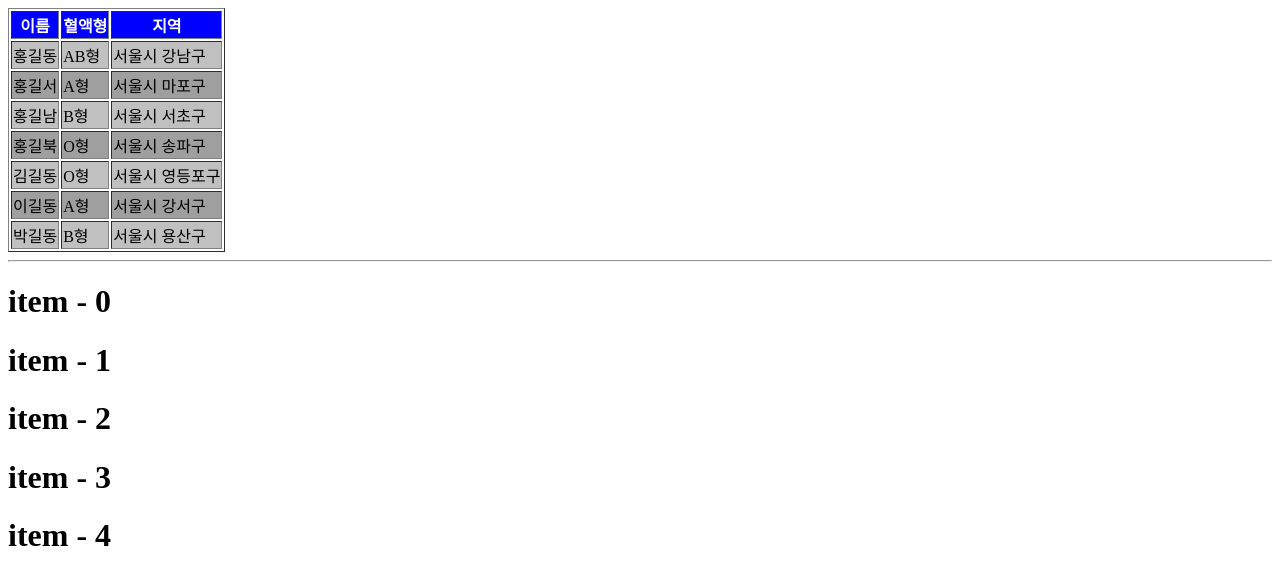
Repository: chlguswns1/web-practice
Page: jQuery/src/main/webapp/01_jQueryBasic.html
An editor plug-in stored every save of this project. The page is shown before and after the next save, followed by the edit.
The browser window is 1280 px wide. The pictures show the whole page.

Above is the page before, as saved 2023-03-09 01:55:57.

### jQuery/src/main/webapp/01_jQueryBasic.html
<!-- jQuery 기본
	1. jQuery 개요
		- 모든 브라우저에서 동작하는 클라이언트 자바스크립트 라이브러리.
		- 다음의 기능을 위해 제작
			. DOM과 관련된 처리를 쉽게 구현
			. 일관된 이벤트 연결을 쉽게 구현
			. 시각적 효과를 쉽게 구현
			. ajax 애플리케이션을 쉽게 구현

		- http://jquery.com
		- jQuery 사용 방법
			1) 직접 다운받아 사용하는 방법.
			2) CDN 호스트 사용하는 방법.
				 . Content Delivery Network
				 . 사용자에게 간편하게 콘텐츠를 제공하는 방식을 의미.
				 . 구글, 마이크로소프트, jQuery측에서 사용자가 jQuery를 사용하기 편하게 콘텐츠를 제공.
-->

<!DOCTYPE html>
<html>
<head>
<meta charset="UTF-8">
<title>jQuery 태그 구조</title>

<!-- 9. jQuery를 사용한 배열 관리(2)를 위한 예제 -->
<style type="text/css">
	.high-light { background:yellow; }
	.high-light-0 { background:yellow; }
	.high-light-1 { background:orange; }
	.high-light-2 { background:blue; }
	.high-light-3 { background:green; }
	.high-light-4 { background:red; }
</style>

<!-- 방법1. 직접 다운로드 -->
<script src="./js/jquery-3.6.3.min.js"></script><!-- 이렇게 하는순간 이코드에 포함된거다 -->

<!-- 방법2.CDN 방식 -->
<script src="https://ajax.googleapis.com/ajax/libs/jquery/1.12.4/jquery.min.js"></script>

<script type="text/javascript">
/* 1. 라이브러리 포함 방법 : 2가지 방식 */
//- 방법1 방법2 참조

/* 2. jQuery를 사용한 웹 페이지 형식
//	-jQuery() //jQuery함수를 호출했을때 객체를 반환해준다
//	-$(document).ready(function(){});<-이거//바디영역을 전부읽어 갔을때 jQuery가 감시하고있다 읽어간순간
							      //입력으로 전달하는 함수를 실행함
//		.문서가 준비 완료되면매개변수로전달된 함수를 실행하라는 의미.
//		.$(function(){});//간단한 형식 정의 위와 같은 코드지만 융통성있는 코드로 짧게줄일수있다
	$(document).ready(function(){//onload와(차이점) 다르게 여러개 사용할 수 있다
		alert('First Ready');
	});

	$(document).ready(function(){
		alert('Second Ready');
	});

	$(document).ready(function(){
		alert('Thirth Ready');
	});
*/
/* 3. jQuery 기본 선택자
// - jQuery 메서드의 가장 기본적인 형태
//   . 문서 객체를 다룰 때 사용하는 형태
//   . jQuery에서 가장 많이 사용하는 형태

$(document).ready(function(){
// 1) 전체 선택자(*)
	//$('*').css('color','red');//전체선택자



// 2) 태그 선택자

	//한 개 태그 선택

	//h1을 선택.css()메소드정의
	//$('h1').css('color','orange');

	//두 개 이상의 태그 선택
	//$('h1, p').css('color','blue');

// 3) 아이디 선택자
	//$('#target').css('color','blue')

// 4) 클래스 선택자
	//$('.item').css('color','yellow');
	$('h1.item').css('color','yellow');//가독성있는 접근법 h1에있는 아이템들

	$('.item.select').css('color','green');//주의) 접근해 갈때는 빈스페이스가 생기지 않도록 주의.

});
*/

/* 4. jQuery 자식(손)선택자와 후손 선택자
	//$(document).ready(function(){}); ↓밑에처럼 줄일수 있다
	$(function(){

	// - 자식(손) 선택자 - 자식은 div가 사실상 지정된것이다
	$('body > *').css('color','red')//자식에있는 모든것을 선택하겠다

// - 후손 선택자 - 후손은 div를 포함안 안에있는 모든것들이 태그된것이다
	$('body *').css('color','blue')//후손선택자의 경우는 스페이스

	});
*/

/* 5. jQuery 속성 선택자
//- 기본 선택자 뒤에 붙여 사용.
//- 입력 양식과 관련된 태그를 선택할 때 많이 사용.

	$(function () {
		$('input[type = text]').val('hello jQuery');//처음화면이 보여질때 val()안에 텍스트가 보여짐
	})
  */

/* 6. jQuery 필터 선택자
// 1) 입력 양식 필터 선택자
// .input:button
// .input:checkbox
// .input:radio
// .input:file
// .input:image
// .input:password
// .input:text
// .input:submit
// .input:reset

// .요소:checked
// .요소:disabled
// .요소:enabled
// .요소:focus
// .요소:selected

	$(function () {
		setTimeout(function(){//항목을 선택하면 5초뒤에 선택되어진 항목을 alert창으로 출력
			var value = $('select > option:selected').val();
		alert(value);
		},5000);//한번만 이벤트함수 발생
	})
*/

// 2) 위치 필터 선택자
//   . 선택자를 사용해 문서 객체를 선택한 후에 다음과 같은 위치를 지정한다.
//    >> 요소:odd -> 홀수 번째에 위치한 문서 객체 선택.
//    >> 요소:even -> 짝수 번째에 위치한 문서 객체 선택.
//    >> 요소:first -> 첫번째에 위치한 문서 객체 선택.
//    >> 요소:last -> 마지막에 위치한 문서 객체 선택.

	$(function () {
		$('tr:odd').css('background','silver'); //0 부터 카운팅
		$('tr:even').css('background','#9F9F9F');
		$('tr:first').css('background','blue').css('color','#FFFFFF');
	})

// 3) 함수 필터 선택자
//   >> 요소:contains(문자열)
//       ->특정 문자열을 포함하는 문서 객체를 선택.
//   >> 요소:eq(n)
//       ->n번째에 위치하는 문서 객체를 선택.
//   >> 요소:gt(n)
//       ->n번째 초과하는 위치에 있는 문서 객체를 선택.
//   >> 요소:has(h1)
//       ->h1 태그를 가지고 있는 문서 객체를 선택.
//   >> 요소:lt(n)
//       ->n번째 미만에 위치하는 문서 객체를 선택.
//   >> 요소:not(선택자)
//       ->선택자와 일치하지 않는 문서 객체를 선택.
//   >> 요소:nth-child(3n+1)
//       -> 3n+1번째에 위치하는 문서 객체를 선택(인덱스 1부터 카운팅).




/* 7. jQuery를 사용한 배열 관리(1) */
// - each() 메서드 사용
//    . 매개 변수로 입력한 함수 사용.
//    . for in 반복문처럼 객체나 배열의 요소 검사하는 메서드

// - each() 메서드의 형태


/* 8. jQuery를 사용한 배열 관리(2) */
// - 각 객체에 서로 다른 class 속성을 설정하고 싶을 때 each() 메서드 사용.


/* 9. jQuery를 사용한 객체 확장 */


/* 10. jQuery 라이브러리 충돌 방지 */
// - jQuery외 prototype 자바스크립트 라이브러리도 동일하게 $를
//    식별자로 사용.
// - 따라서 두 라이브러리를 함께 사용시 충돌 발생.


</script>
</head>
<body>
<!-- 3-1/3-2. 전체/태그 선택자
	<h1>Lorem ipsum</h1>
	<p>Lorem ipsum dolor sit amet.</p>
	<h1>Lorem ipsum</h1>
	<p>Lorem ipsum dolor sit amet.</p>
	<hr>
-->
<!-- 3-3. 아이디 선택자
	<h1>Header-0</h1>
    <h1 id="target">Header-1</h1>
    <h1>Header-2</h1>
    <hr>
-->

<!-- 3-4. 클래스 선택자
    <h1 class="item">Header-0</h1>
    <h1 class="item select">Header-1</h1>
    <h1 class="item">Header-2</h1>
    <hr>
 -->
<!-- 4. 자식(손) 선택자와 후손 선택자
	<div>
		<ul>
			<li>Apple</li>
			<li>Bag</li>
			<li>Cat</li>
			<li>Dog</li>
		</ul>
	</div>
    <hr>
-->
<!-- 5. 속성 선택자
    <input type="text"/></br>
    <input type="password"/></br>
    <input type="radio"/></br>
    <input type="checkbox"/></br>
    <input type="file"/></br>
    <hr>
 -->
<!-- 6-1. 입력 양식 필터 선택자
	<select>
		<option>Apple</option>
		<option>Bag</option>
		<option>Cat</option>
		<option>Dog</option>
	</select>
    <hr>
-->
<!-- 6-2/6-3. 필터선택자 -->
	<table border="1">
		<tr><th>이름</th><th>혈액형</th><th>지역</th></tr>
		<tr><td>홍길동</td><td>AB형</td><td>서울시 강남구</td></tr>
		<tr><td>홍길서</td><td>A형</td><td>서울시 마포구</td></tr>
		<tr><td>홍길남</td><td>B형</td><td>서울시 서초구</td></tr>
		<tr><td>홍길북</td><td>O형</td><td>서울시 송파구</td></tr>
		<tr><td>김길동</td><td>O형</td><td>서울시 영등포구</td></tr>
		<tr><td>이길동</td><td>A형</td><td>서울시 강서구</td></tr>
		<tr><td>박길동</td><td>B형</td><td>서울시 용산구</td></tr>
	</table>
	<hr>

<!-- 8. jQuery를 사용한 배열 관리(2) -->
	<h1>item - 0</h1>
	<h1>item - 1</h1>
	<h1>item - 2</h1>
	<h1>item - 3</h1>
	<h1>item - 4</h1>

</body>
</html>

Loaded but not shown: jQuery/src/main/webapp/js/jquery-3.6.3.min.js (library)

After the next save:
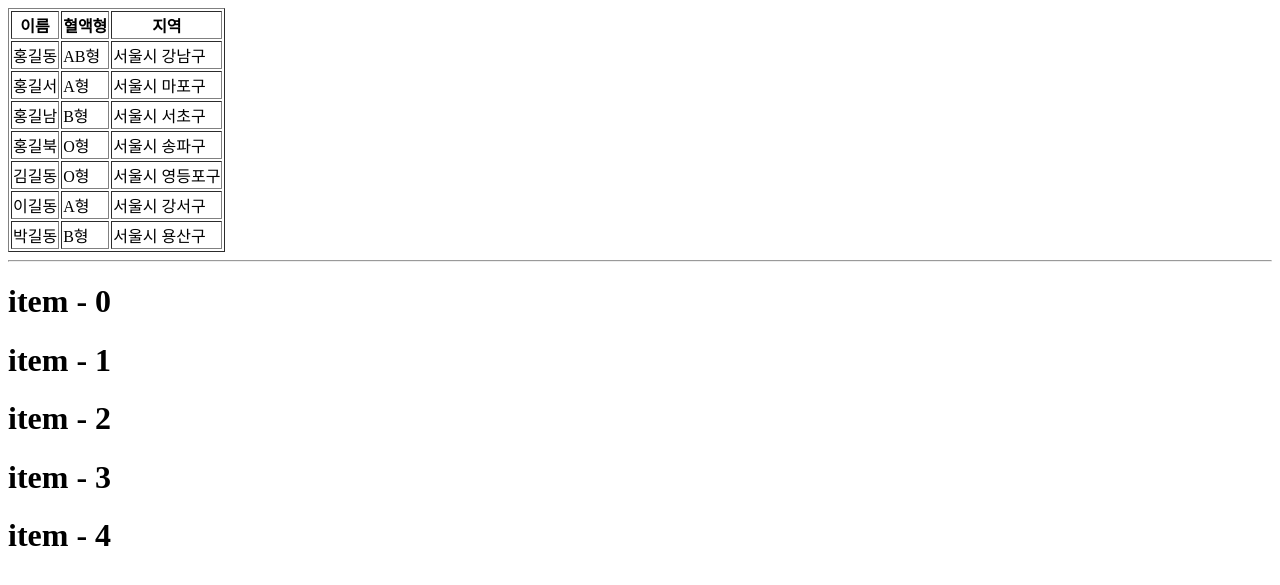
Saved 3 min 30 s later.
--- a/jQuery/src/main/webapp/01_jQueryBasic.html
+++ b/jQuery/src/main/webapp/01_jQueryBasic.html
@@ -148,11 +148,11 @@ $(document).ready(function(){
 //    >> 요소:first -> 첫번째에 위치한 문서 객체 선택.
 //    >> 요소:last -> 마지막에 위치한 문서 객체 선택.
 
-	$(function () {
+	/* $(function () {
 		$('tr:odd').css('background','silver'); //0 부터 카운팅
 		$('tr:even').css('background','#9F9F9F');
 		$('tr:first').css('background','blue').css('color','#FFFFFF');
-	})
+	}) */
 
 // 3) 함수 필터 선택자
 //   >> 요소:contains(문자열)
